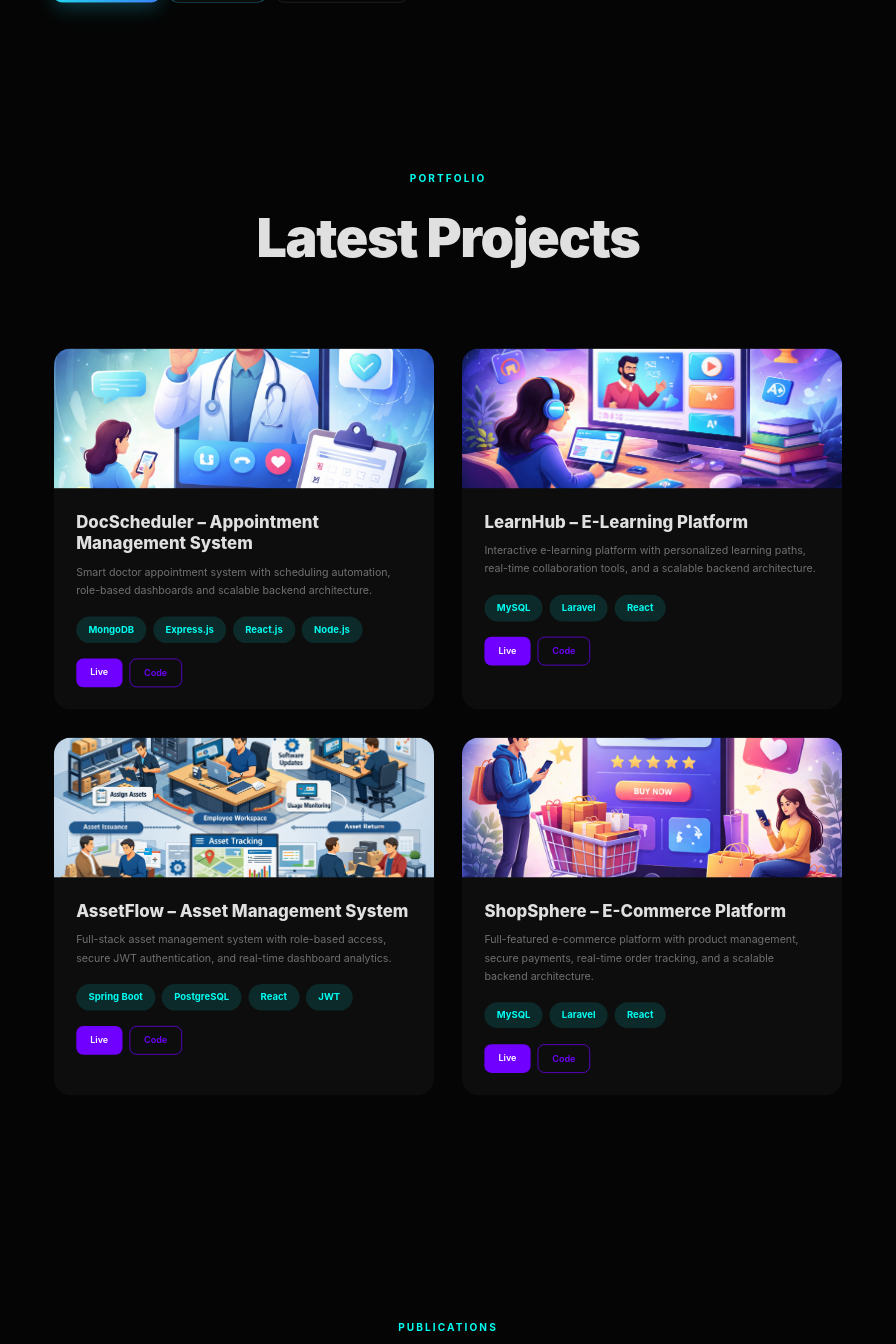
Repository: CoderShanto/Portfolio-Website
Page: index.html
The author's editor kept a copy of each file at every save. The page is drawn from the files as they stood at one save, then again after the next save.
The browser window is 1280 px wide. The pictures show the part of the page from y = 864 to 2784 px (the page is 6184 px tall before and 6988 px after), at 70% of full size.

Above is the page before, as saved 2026-03-31 04:08:49.

After the next save:
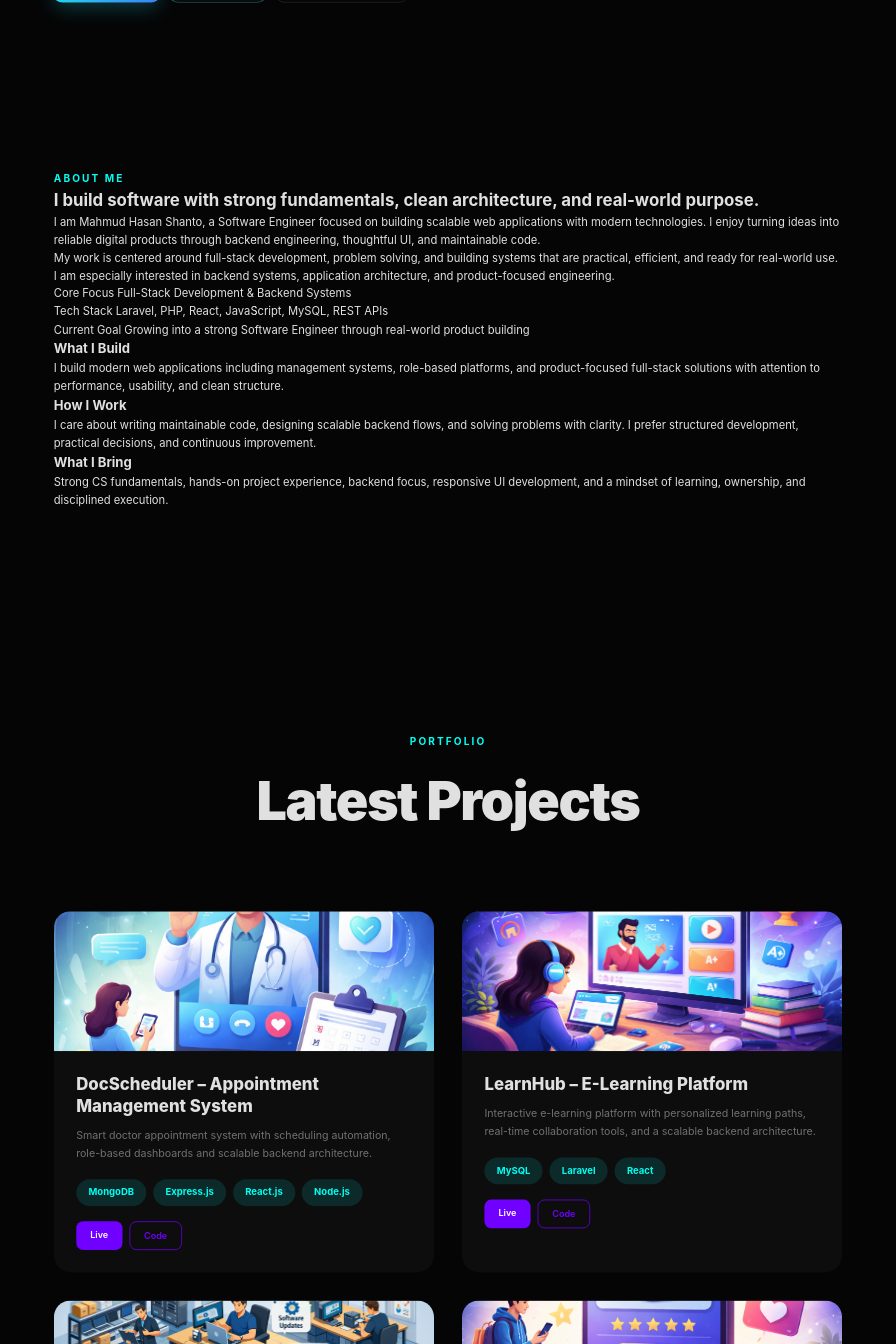
Saved 17 s later.
--- a/index.html
+++ b/index.html
@@ -78,53 +78,76 @@
     </section>
 
     <!-- ─── ABOUT ─── -->
-    <!-- <section id="about">
-        <div class="section-top reveal">
-            <div class="section-label">Profile</div>
-            <h2 class="section-heading">About Me</h2>
-        </div>
-        <div class="profile-container reveal">
-            <div class="profile-image-container">
-                <img src="assets/ss.jpg" alt="Mahmud Hasan Shanto" class="profile-image">
-                <div class="profile-badge">Available for Work</div>
-            </div>
-            <div class="profile-content">
-                <h3 class="profile-title">Mahmud Hasan Shanto</h3>
-                <div class="profile-subtitle">Software Engineer & AI Researcher</div>
-                <p class="profile-description">
-                    I'm a software engineer focused on building scalable, production-ready applications
-                    across modern web stacks. I've developed full-stack systems including an LMS and
-                    e-commerce platforms using Laravel and React, as well as a MERN-based doctor
-                    appointment system with role-based access and real-time workflows.
-                </p>
-                <p class="profile-description">
-                    Alongside engineering, I actively engage in research at the intersection of
-                    artificial intelligence, healthcare, and blockchain-based data security. My work
-                    explores LLM applications in healthcare systems, secure data sharing, and
-                    trustworthy system design.
-                </p>
-                <div class="profile-stats">
-                    <div class="stat-card">
-                        <div class="stat-number">2+</div>
-                        <div class="stat-label">Years Experience</div>
-                    </div>
-                    <div class="stat-card">
-                        <div class="stat-number">3+</div>
-                        <div class="stat-label">Research Papers</div>
-                    </div>
-                    <div class="stat-card">
-                        <div class="stat-number">10+</div>
-                        <div class="stat-label">Projects Built</div>
-                    </div>
-                    <div class="stat-card">
-                        <div class="stat-number">8+</div>
-                        <div class="stat-label">Technologies</div>
-                    </div>
-                </div>
-            </div>
-        </div>
-    </section> -->
-
+<section id="about" class="about-section">
+    <div class="about-wrapper">
+        <div class="about-left reveal">
+            <p class="section-label">About Me</p>
+            <h2 class="about-heading">
+                I build software with strong fundamentals,
+                clean architecture, and real-world purpose.
+            </h2>
+
+            <p class="about-intro">
+                I am Mahmud Hasan Shanto, a Software Engineer focused on building
+                scalable web applications with modern technologies. I enjoy turning
+                ideas into reliable digital products through backend engineering,
+                thoughtful UI, and maintainable code.
+            </p>
+
+            <p class="about-intro">
+                My work is centered around full-stack development, problem solving,
+                and building systems that are practical, efficient, and ready for
+                real-world use. I am especially interested in backend systems,
+                application architecture, and product-focused engineering.
+            </p>
+
+            <div class="about-highlights">
+                <div class="highlight-item">
+                    <span class="highlight-title">Core Focus</span>
+                    <span class="highlight-text">Full-Stack Development & Backend Systems</span>
+                </div>
+                <div class="highlight-item">
+                    <span class="highlight-title">Tech Stack</span>
+                    <span class="highlight-text">Laravel, PHP, React, JavaScript, MySQL, REST APIs</span>
+                </div>
+                <div class="highlight-item">
+                    <span class="highlight-title">Current Goal</span>
+                    <span class="highlight-text">Growing into a strong Software Engineer through real-world product
+                        building</span>
+                </div>
+            </div>
+        </div>
+
+        <div class="about-right reveal">
+            <div class="about-card">
+                <h3>What I Build</h3>
+                <p>
+                    I build modern web applications including management systems,
+                    role-based platforms, and product-focused full-stack solutions
+                    with attention to performance, usability, and clean structure.
+                </p>
+            </div>
+
+            <div class="about-card">
+                <h3>How I Work</h3>
+                <p>
+                    I care about writing maintainable code, designing scalable
+                    backend flows, and solving problems with clarity. I prefer
+                    structured development, practical decisions, and continuous improvement.
+                </p>
+            </div>
+
+            <div class="about-card">
+                <h3>What I Bring</h3>
+                <p>
+                    Strong CS fundamentals, hands-on project experience, backend
+                    focus, responsive UI development, and a mindset of learning,
+                    ownership, and disciplined execution.
+                </p>
+            </div>
+        </div>
+    </div>
+</section>
     <!-- ─── PROJECTS ─── -->
     <section id="work">
         <div class="section-top reveal">
